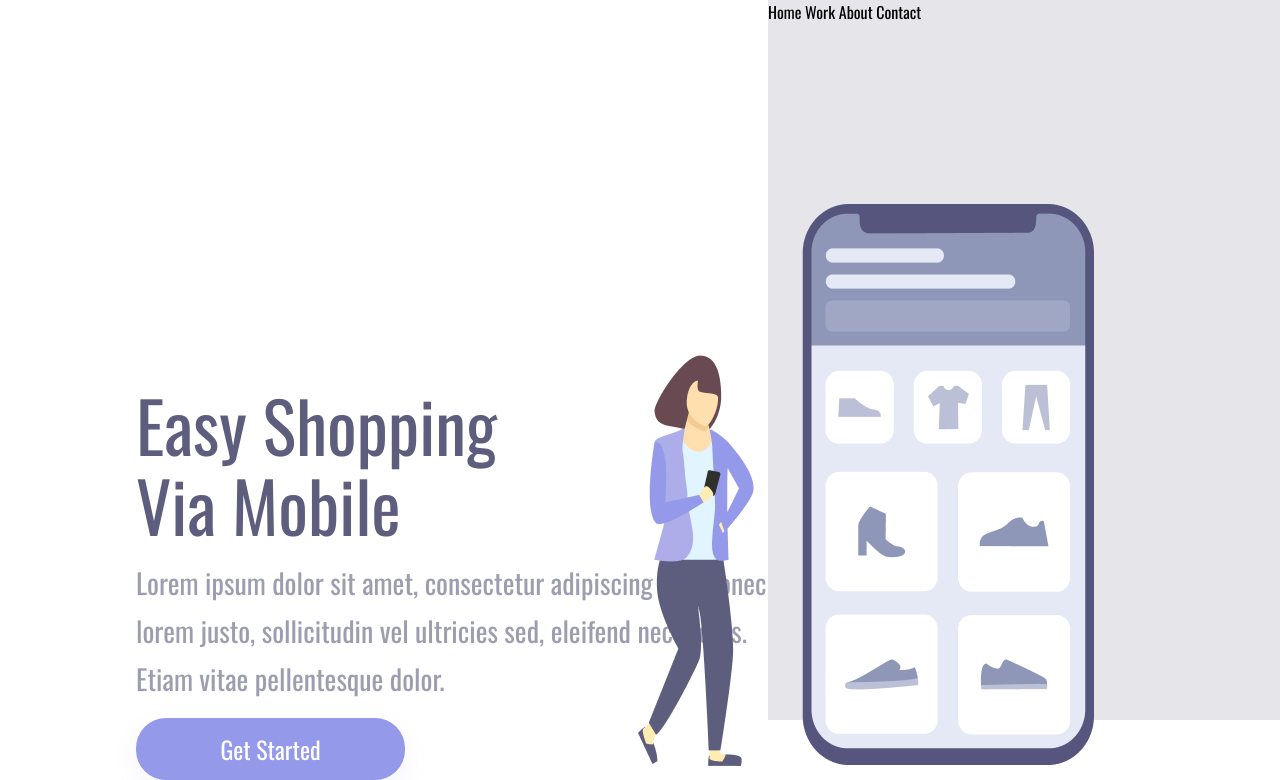
Repository: Leo-Marques-882/Projeto-Git-2
Page: index.html
An editor plug-in stored every save of this project. The page is shown before and after the next save, followed by the edit.
The browser window is 1280 px wide. The pictures show the whole page.

Above is the page before, as saved 2023-03-06 23:55:52.

### index.html
<!DOCTYPE html>
<html lang="pt_br">

<head>
    <meta charset="UTF-8">
    <meta http-equiv="X-UA-Compatible" content="IE=edge">
    <meta name="viewport" content="width=device-width, initial-scale=1.0">
    <link rel="stylesheet" href="styless.css">
    <link rel="preconnect" href="https://fonts.googleapis.com">
    <link rel="preconnect" href="https://fonts.gstatic.com" crossorigin>
    <link href="https://fonts.googleapis.com/css2?family=Oswald&display=swap" rel="stylesheet">

    <title>Projeto 1</title>
</head>

<body>
    <div class="wrapper">
        <section class="container-left">
            <h1>Easy Shopping Via Mobile</h1>
            <p>Lorem ipsum dolor sit amet, consectetur adipiscing
                elit. Donec lorem justo, sollicitudin vel ultricies sed,
                eleifend nec metus. Etiam vitae pellentesque dolor. </p>
            <button>Get Started</button>
        </section>
        <section class="container-right">
            <header>
                <a>Home</a>
                <a>Work</a>
                <a>About</a>
                <a>Contact</a>
            </header>
            <img src="./img/Illustration.png" alt="girl-cellphone">
        </section>
    </div>
</body>

</html>

### styless.css
* {
    margin: 0;
    padding: 0;
    box-sizing: border-box;
    font-family: 'Oswald', sans-serif;
}

.wapper {
    height: 100vh;
    ;
    width: 100vw;
}

.container-left {
    display: inline-block;
    width: 60%;
    margin-top: 30%;
    padding-left: 136px;
}

h1 {
    font-weight: 400;
    font-size: 70px;
    line-height: 80px;
    color: #5D5D7D;
    width: 368px;
}

p {
    font-weight: 400;
    font-size: 28px;
    line-height: 48px;
    color: #5D5D7D;
    opacity: 0.6;
    margin: 15px 0;
}

button {
    width: 269px;
    height: 62px;
    background: #9499EA;
    box-shadow: 0px 10px 24px rgba(148, 153, 234, 0.0979959);
    font-weight: 400;
    font-size: 24px;
    line-height: 36px;
    text-align: center;
    color: #FFFFFF;
    border-radius: 30px;
    border: none;
    cursor: pointer;
}

button:hover {
    opacity: .8;
}

button:active {
    opacity: .5;
}

.container-right {
    display: inline-block;
    background-color: rgba(93, 93, 125, 0.16);
    height: 100vh;
    width: 40%;
    position: absolute;
}

img {
    position: relative;
    top: 25%;
    right: 130px;
}

After the next save:
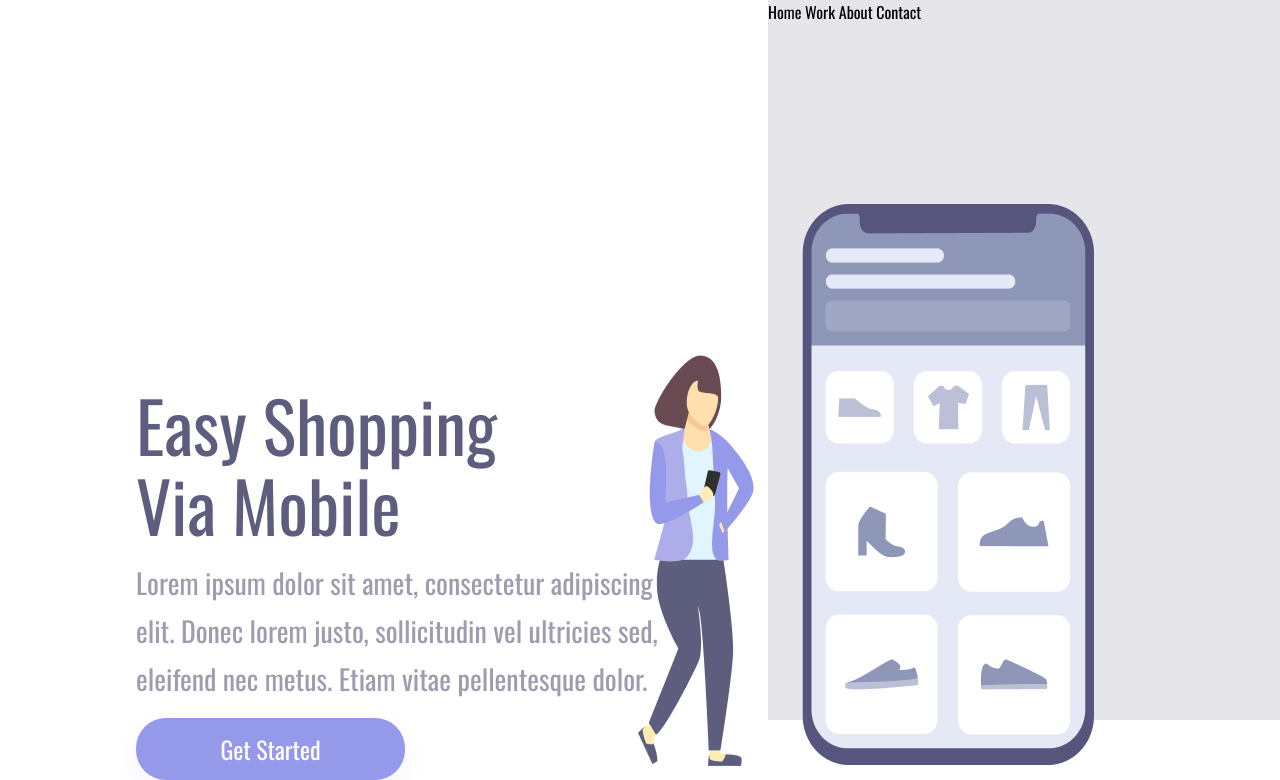
Saved 71 s later.
--- a/styless.css
+++ b/styless.css
@@ -33,6 +33,7 @@
     color: #5D5D7D;
     opacity: 0.6;
     margin: 15px 0;
+    width: 540px;
 }
 
 button {
